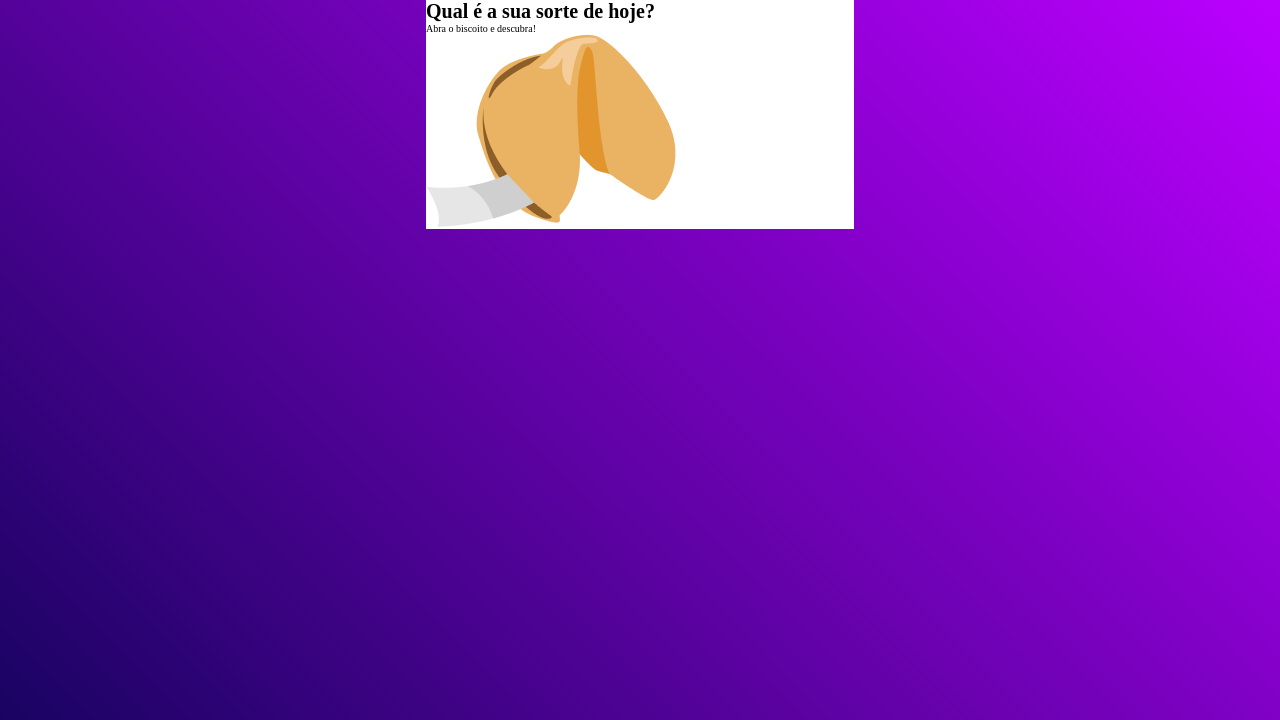
Repository: caueenrico/cookieCoach
Page: index.html
An editor plug-in stored every save of this project. The page is shown before and after a run of saves, followed by the edit.
The browser window is 1280 px wide. The pictures show the whole page.

Above is the page before, as saved 2023-06-27 16:04:33.

After the next 2 saves:
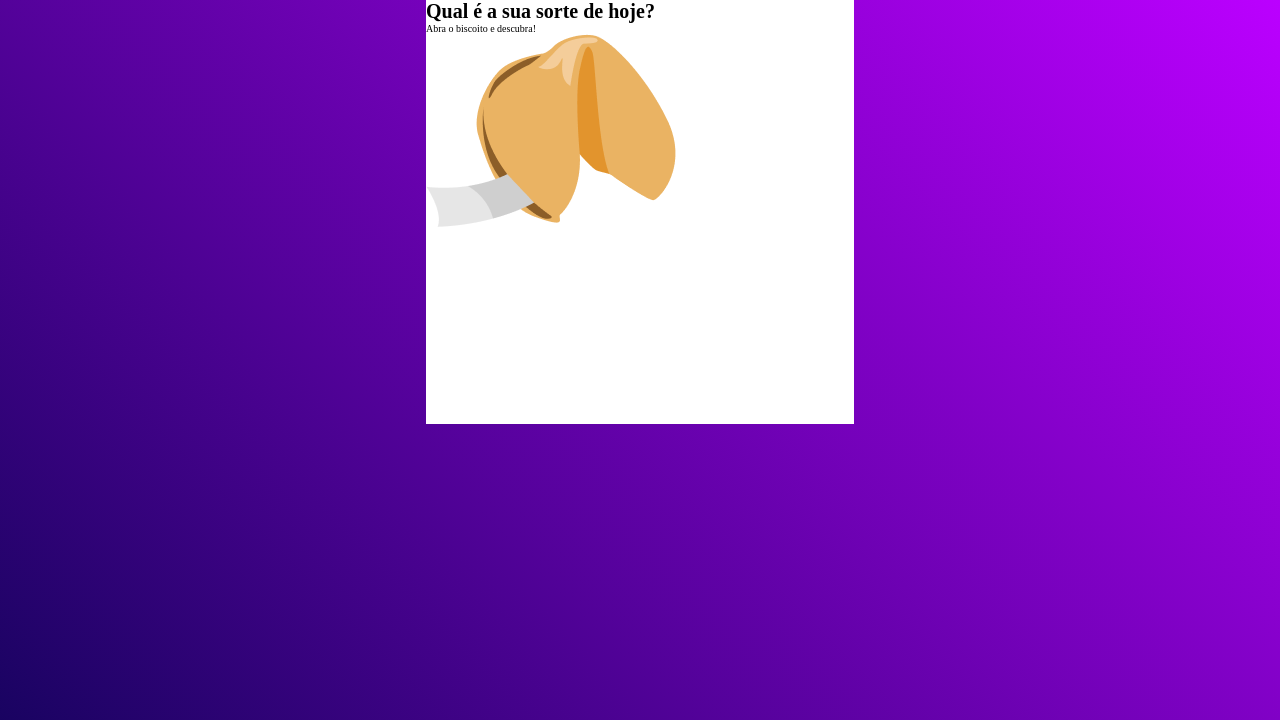
The 2 saves are shown as one change because they came seconds apart.
The last was saved 9 s later.
--- a/style.css
+++ b/style.css
@@ -26,6 +26,6 @@ main {
   margin: 0 auto;
   background-color: #fff;
   max-width: 42.8rem;
-  min-height: ;
+  min-height: 42.4rem;
 
 }
